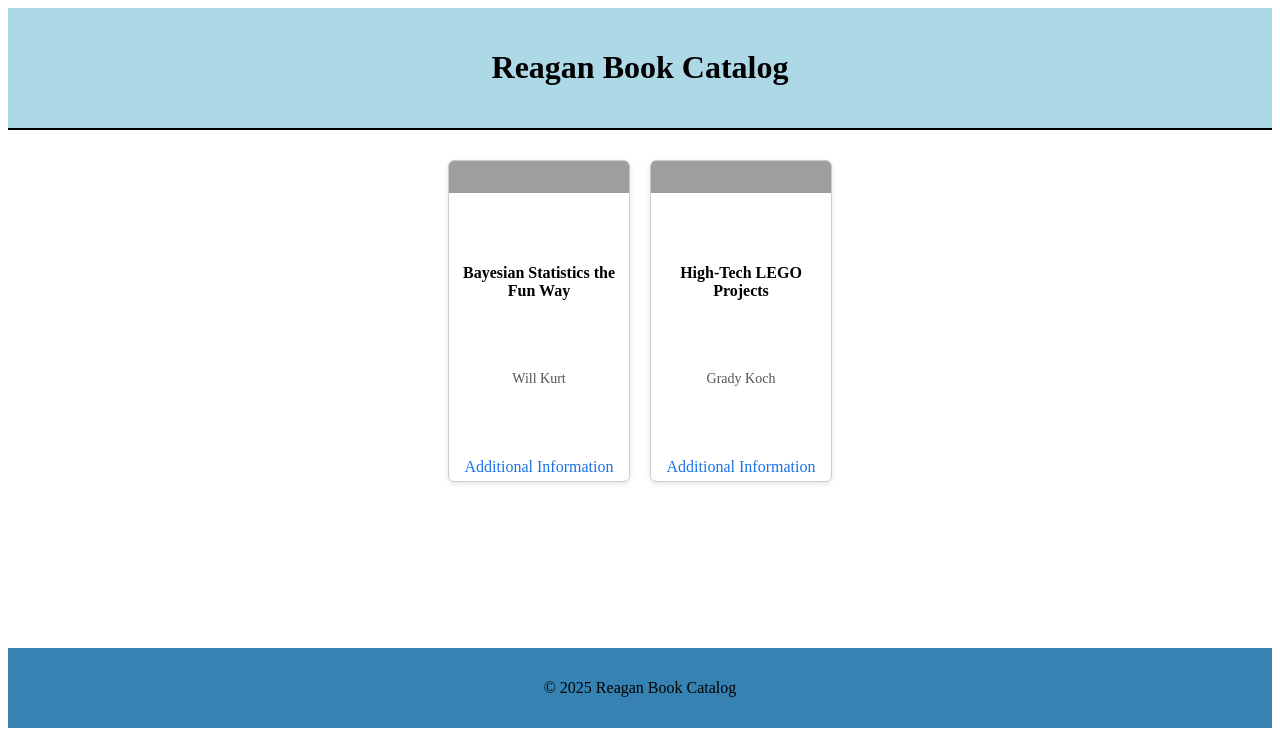
Repository: antyc0817/COMP-3170-Assignment-2-Reagan
Page: /
The author's editor kept a copy of each file at every save. The page is drawn from the files as they stood at one save, then again after the next save.
The browser window is 1280 px wide. The pictures show the whole page.
Pictures or frames that could not be fetched are drawn as grey boxes. The project was rebuilt for these pictures with package versions that can differ from the ones it lists, and the page was loaded fresh each time. Also part of the build but not shown: vite.config.js, src/index.css.

Above is the page before, as saved 2025-09-10 11:43:16.

### index.html
<!DOCTYPE html>
<html lang="en">
    <head>
        <meta charset="UTF-8" />
        <meta
            name="viewport"
            content="width=device-width, initial-scale=1.0" />
        <title>Reagan's Book Catalog</title>
    </head>
    <body>
        <div id="root"></div>
        <script
            type="module"
            src="/src/main.jsx"></script>
    </body>
</html>

### src/App.jsx
import "./App.css";
import Book from "./book.jsx";

function App() {
    return (
        <div id='app-container'>
            <header>
                <h1>Reagan Book Catalog</h1>
            </header>

            <main className='content'>
                <Book
                    image='https://itbook.store/img/books/9781593279561.png'
                    title='Bayesian Statistics the Fun Way'
                    authors='Will Kurt'
                    link='https://itbook.store/books/9781593279561'
                />
                <Book
                    image='https://itbook.store/img/books/9781718500259.png'
                    title='High-Tech LEGO Projects'
                    authors='Grady Koch'
                    link='https://itbook.store/books/9781718500259'
                />
            </main>

            <footer>
                <p>© 2025 Reagan Book Catalog</p>
            </footer>
        </div>
    );
}

export default App;

### src/App.css
#app-container {
    display: flex;
    flex-direction: column;
    min-height: 100vh;
}
header {
    text-align: center;
    background-color: lightblue;
    padding: 20px;
    border-bottom: 2px solid #000;
}

footer {
    text-align: center;
    padding: 15px;
    background-color: #3683b3;
    margin-top: auto;
}

:root {
    --book-w: 180px;
    --book-h: 320px;
}

.content {
    display: flex;
    justify-content: center;
    gap: 20px;
    padding: 30px;
}

.book {
    width: var(--book-w);
    height: var(--book-h);
    border: 1px solid #ccc;
    border-radius: 6px;
    overflow: hidden;
    display: flex;
    flex-direction: column;
    justify-content: space-between;
    background-color: #fff;
    box-shadow: 0 2px 5px rgba(0, 0, 0, 0.1);
}

.book img {
    width: 100%;
    height: 10%;
    object-fit: cover;
}

.book h3 {
    margin: 5px 0;
    font-size: 16px;
    text-align: center;
}

.book p {
    margin: 0 0 5px 0;
    font-size: 14px;
    text-align: center;
    color: #555;
}

.book a {
    text-decoration: none;
    color: #1a73e8;
    text-align: center;
    display: block;
    margin-bottom: 5px;
    font-weight: 500;
}

### src/book.jsx
function Book({ image, title, authors, link }) {
    return (
        <div className='book'>
            <img
                src={image}
                alt={title}
            />
            <h3>{title}</h3>
            <p>{authors}</p>
            <a
                href={link}
                target='_blank'>
                Additional Information
            </a>
        </div>
    );
}

export default Book;

Loaded but not shown: src/main.jsx (common file)

After the next save:
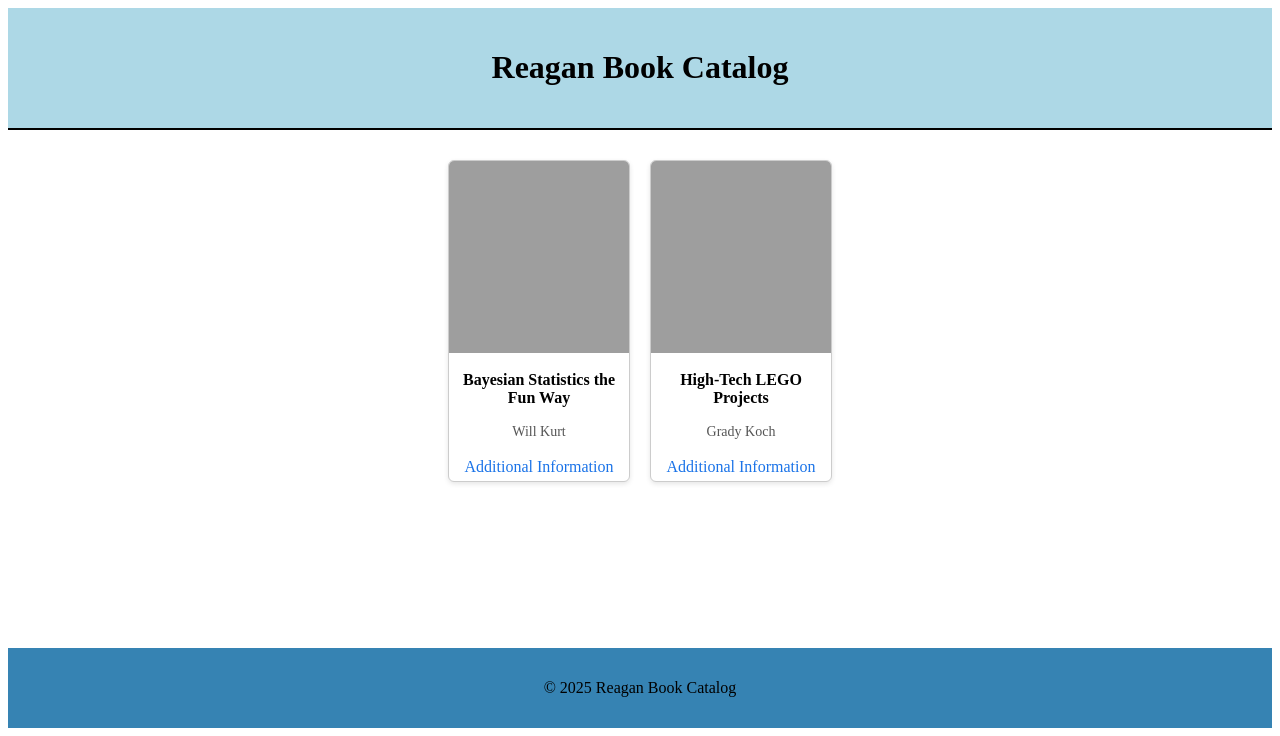
Saved 7 s later.
--- a/src/App.css
+++ b/src/App.css
@@ -44,7 +44,7 @@ footer {
 
 .book img {
     width: 100%;
-    height: 10%;
+    height: 60%;
     object-fit: cover;
 }
 
